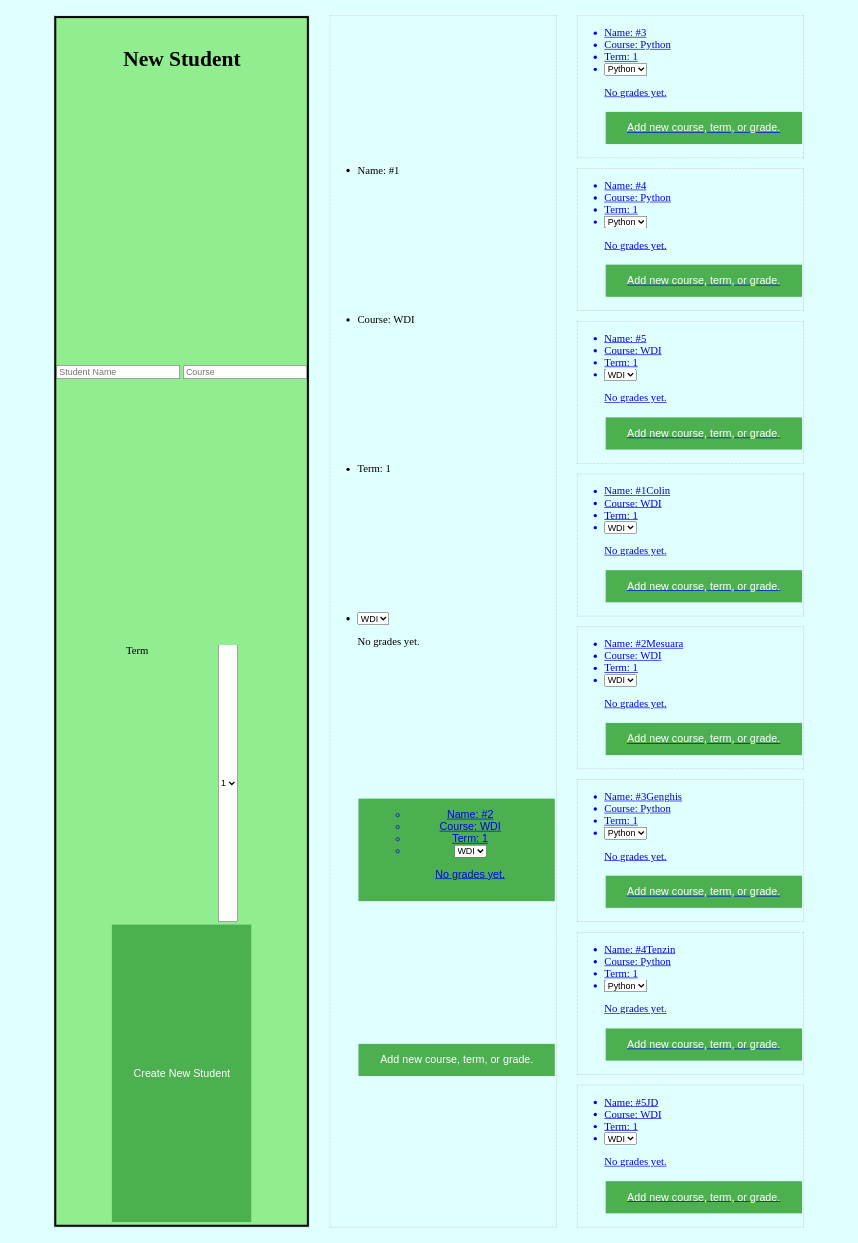
Repository: EdmontDantes/graderaide-ui
Page: index.html
The author's editor kept a copy of each file at every save. The page is drawn from the files as they stood at one save, then again after a run of saves.
The browser window is 1280 px wide. The pictures show the whole page, at 67% of full size.

Above is the page before, as saved 2020-04-21 15:37:24.

### index.html
<html lang="en">
  <head>
    <title>Graderaide</title>
    <meta charset="UTF-8">
    <meta name="viewport" content="width=device-width, initial-scale=1">
    <link rel="stylesheet" type="text/css" href="style-index.css">
  </head>

  <body>
    <section class="app">
      <section class="student-display">

      <section class="new-student-input">
        <h1 id="text-h1-creation-section">New Student</h1>

        <div id="new-student-input-boxes">
          <!-- <label for="new-student-name">Student Name</label> -->
          <input id="new-student-name-input-box"type="text" class="new-student-name" name="new-student-name" placeholder="Student Name">
          <!-- <label for="new-student-course">Course</label> -->
          <input id="new-student-course-input-box" type="text" class="new-student-course" name="new-student-course" placeholder="Course">
        </div>

        <div id="new-student-input-options"
          <label for="new-student-term">Term</label>
          <select class="new-student-term" name="new-student-term">
            <option value="1">1</option>
            <option value="2">2</option>
            <option value="3">3</option>
          </select>
        </div>
        <section class="new-student-submit">
          <button type="submit" class="new-student-button">Create New Student</button>
        </section>
      </section>
    </section>

      <section class="student-display">
        <ul class="student-info">
          <li>Name: #1</li>
          <li>Course: WDI</li>
          <li>Term: 1</li>
          <li>
            <select class="course-selection">
              <option value="wdi">WDI</option>
            </select>
            <p>No grades yet.</p>
          </li><button><a href="Add new course, term, or grade.</button>
        </ul>
      </section>
      <section class="student-display">
        <ul class="student-info">
          <li>Name: #2</li>
          <li>Course: WDI</li>
          <li>Term: 1</li>
          <li>
            <select class="course-selection">
              <option value="wdi">WDI</option>
            </select>
            <p>No grades yet.</p>
          </li><button>Add new course, term, or grade.</button>
        </ul>
      </section>

      <section class="student-display">
        <ul class="student-info">
          <li>Name: #3</li>
          <li>Course: Python</li>
          <li>Term: 1</li>
          <li>
            <select class="course-selection">
              <option value="python">Python</option>
            </select>
            <p>No grades yet.</p>
          </li><button>Add new course, term, or grade.</button>
        </ul>
      </section>

      <section class="student-display">
        <ul class="student-info">
          <li>Name: #4</li>
          <li>Course: Python</li>
          <li>Term: 1</li>
          <li>
            <select class="course-selection">
              <option value="python">Python</option>
            </select>
            <p>No grades yet.</p>
          </li><button>Add new course, term, or grade.</button>
        </ul>
      </section>

      <section class="student-display">
        <ul class="student-info">
          <li>Name: #5</li>
          <li>Course: WDI</li>
          <li>Term: 1</li>
          <li>
            <select class="course-selection">
              <option value="wdi">WDI</option>
            </select>
            <p>No grades yet.</p>
          </li><button>Add new course, term, or grade.</button>
        </ul>
      </section>

      <section class="student-display">
        <ul class="student-info">
          <li>Name: #1Colin</li>
          <li>Course: WDI</li>
          <li>Term: 1</li>
          <li>
            <select class="course-selection">
              <option value="wdi">WDI</option>
            </select>
            <p>No grades yet.</p>
          </li><button>Add new course, term, or grade.</button>
        </ul>
      </section>
      <section class="student-display">
        <ul class="student-info">
          <li>Name: #2Mesuara</li>
          <li>Course: WDI</li>
          <li>Term: 1</li>
          <li>
            <select class="course-selection">
              <option value="wdi">WDI</option>
            </select>
            <p>No grades yet.</p>
          </li><button>Add new course, term, or grade.</button>
        </ul>
      </section>

      <section class="student-display">
        <ul class="student-info">
          <li>Name: #3Genghis</li>
          <li>Course: Python</li>
          <li>Term: 1</li>
          <li>
            <select class="course-selection">
              <option value="python">Python</option>
            </select>
            <p>No grades yet.</p>
          </li><button>Add new course, term, or grade.</button>
        </ul>
      </section>

      <section class="student-display">
        <ul class="student-info">
          <li>Name: #4Tenzin</li>
          <li>Course: Python</li>
          <li>Term: 1</li>
          <li>
            <select class="course-selection">
              <option value="python">Python</option>
            </select>
            <p>No grades yet.</p>
          </li><button>Add new course, term, or grade.</button>
        </ul>
      </section>

      <section class="student-display">
        <ul class="student-info">
          <li>Name: #5JD</li>
          <li>Course: WDI</li>
          <li>Term: 1</li>
          <li>
            <select class="course-selection">
              <option value="wdi">WDI</option>
            </select>
            <p>No grades yet.</p>
          </li><button>Add new course, term, or grade.</button>
        </ul>
      </section>
      </section>
    </section>
  </body>
</html>

### style-index.css
@media (min-width: 601px) and (max-width: 1100px);
body {
    background-color: lightcyan;
    display: flex;
    flex-wrap: wrap;
    justify-content: center;
}

.app {
    display: flex;
    flex-direction: row;
    flex-wrap: wrap;
    justify-content: space-around;
}

#text-h1-creation-section {
    display: flex;
    flex-wrap: wrap;
    justify-content: center;
    font-size: 2em;
}

#new-student-input-options {
    display: flex;
    flex-wrap: wrap;
    flex-direction: row;
    justify-content: space-evenly;
}

.new-student-submit {
    display: flex;
    flex-wrap: wrap;
    justify-content: center;
}

.new-student-input {
    display: grid;

    background-color: lightgreen;
    border: 3px solid black;

}
button {
    background-color: #4CAF50; /* Green */
    border: none;
    color: white;
    padding: 15px 32px;
    text-align: center;
    text-decoration: none;
    display: inline-block;
    font-size: 16px;
    margin: 4px 2px;
    cursor: pointer;
}

.student-display {
    display: flex;
    justify-content: space-around;
    border: 1px dotted #BFC0C0;
    margin: 15px;
}

.student-info {
    display: flex;
    flex-direction: column;
    justify-content: space-evenly;
}

After the next 3 saves:
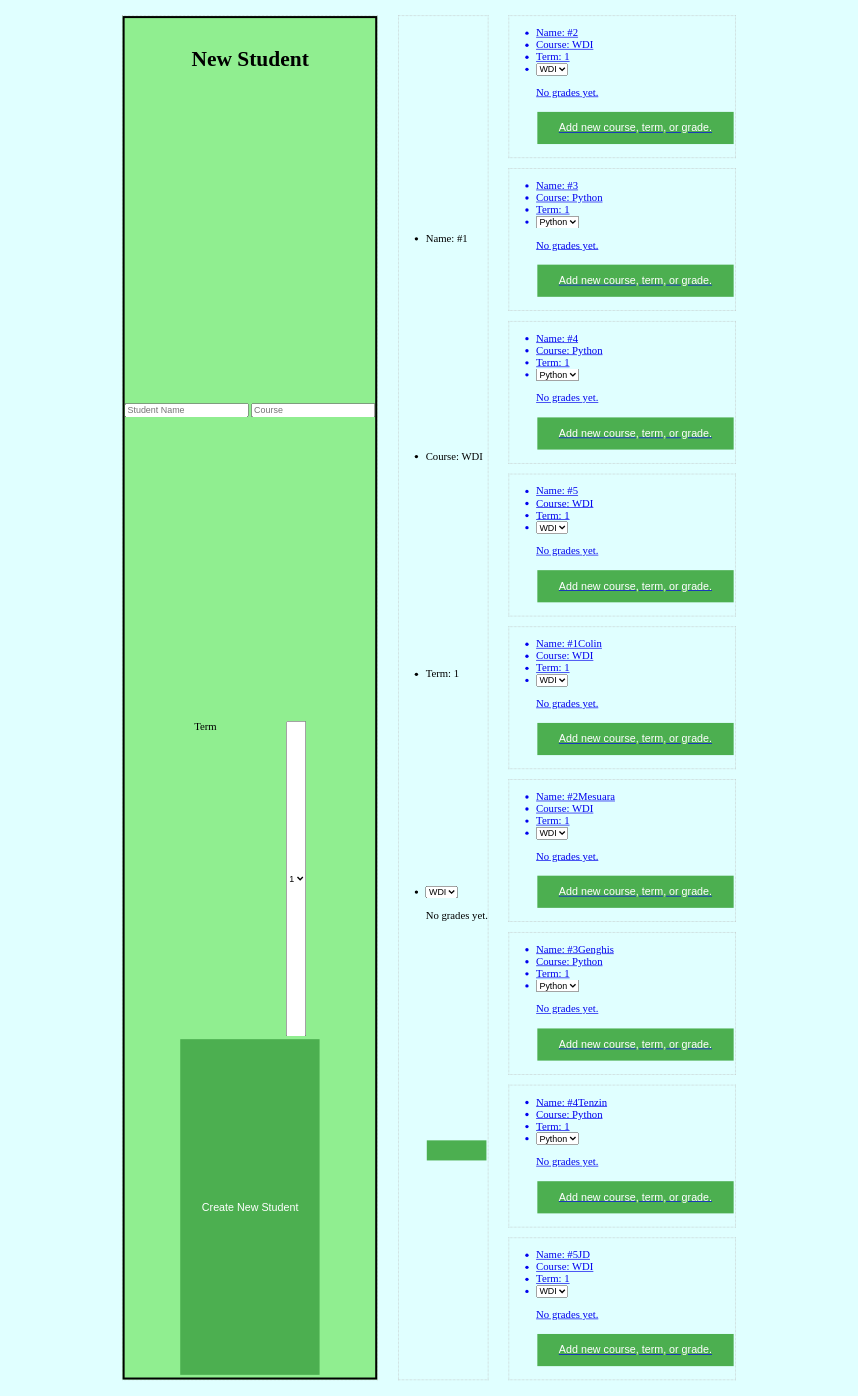
The 3 saves are shown as one change because they came seconds apart.
The last was saved 8 s later.
--- a/index.html
+++ b/index.html
@@ -44,7 +44,7 @@
               <option value="wdi">WDI</option>
             </select>
             <p>No grades yet.</p>
-          </li><button><a href="Add new course, term, or grade.</button>
+          </li><button><a href=add.htmld new course, term, or grade.</button>
         </ul>
       </section>
       <section class="student-display">
